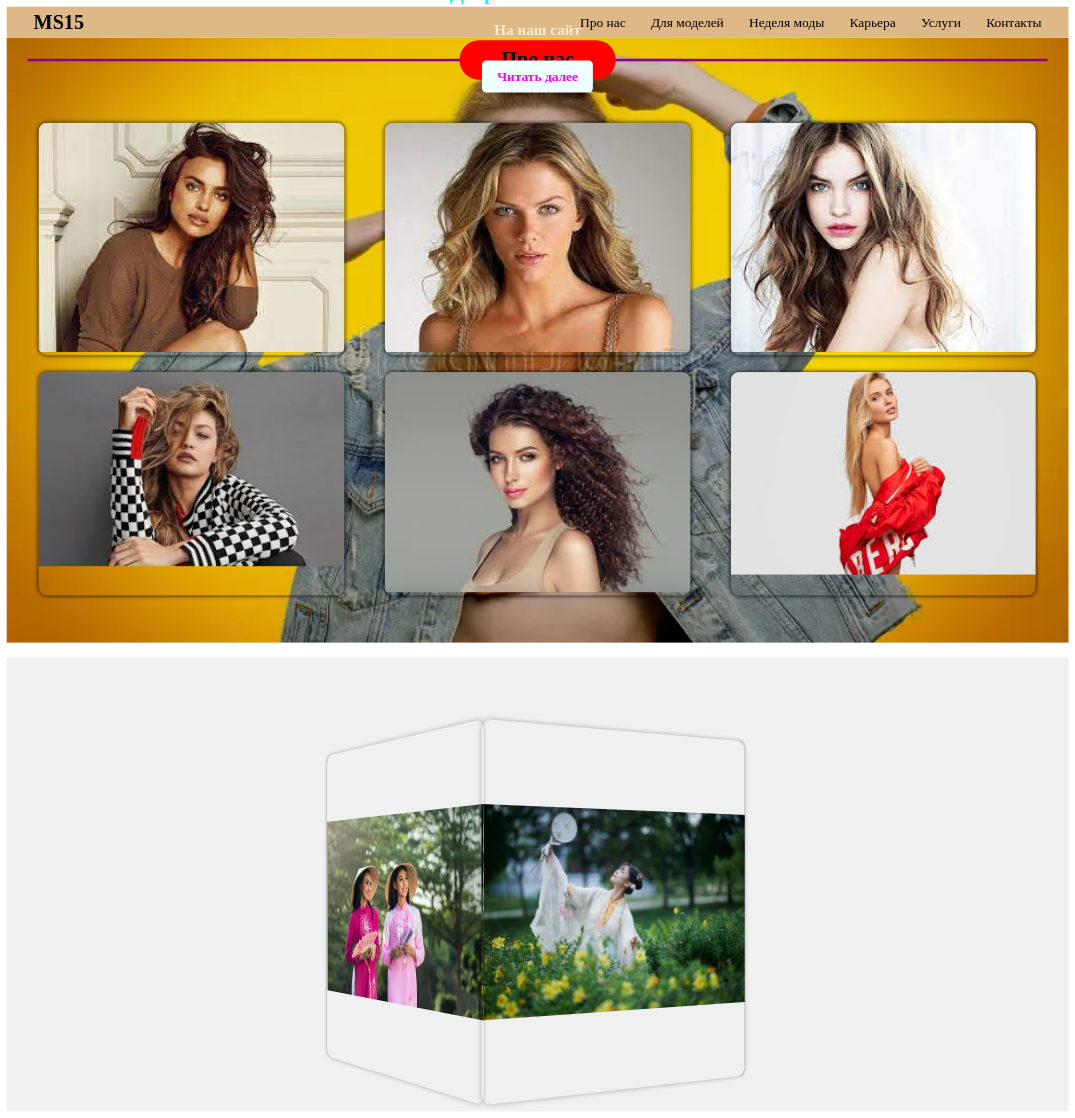
Repository: qtqqrdy13/model-studio
Page: index.html
The author's editor kept a copy of each file at every save. The page is drawn from the files as they stood at one save, then again after the next save.
The browser window is 1280 px wide. The pictures show the whole page, at 84% of full size.

Above is the page before, as saved 2023-08-22 18:57:44.

After the next save:
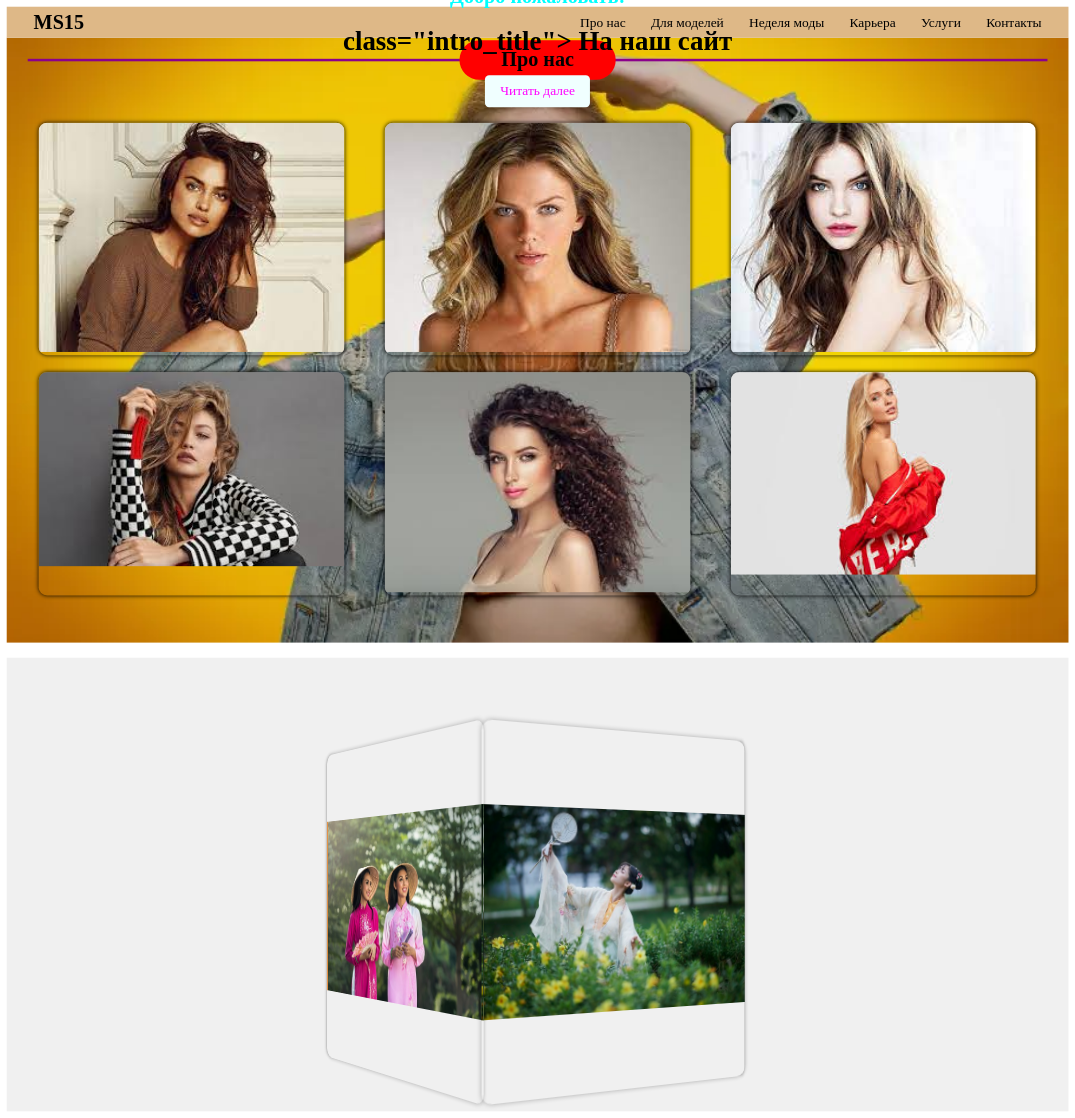
Saved 2 min 12 s later.
--- a/index.html
+++ b/index.html
@@ -33,9 +33,9 @@
             <h2 class="intro_suptitle">
                 Добро пожаловать!
             </h2>
-            <h1 class="intro_title">
+            <h1> class="intro_title">
                 На наш сайт
-                <h1>
+            </h1>
                     <a class="button">
                         Читать далее
                     </a>
